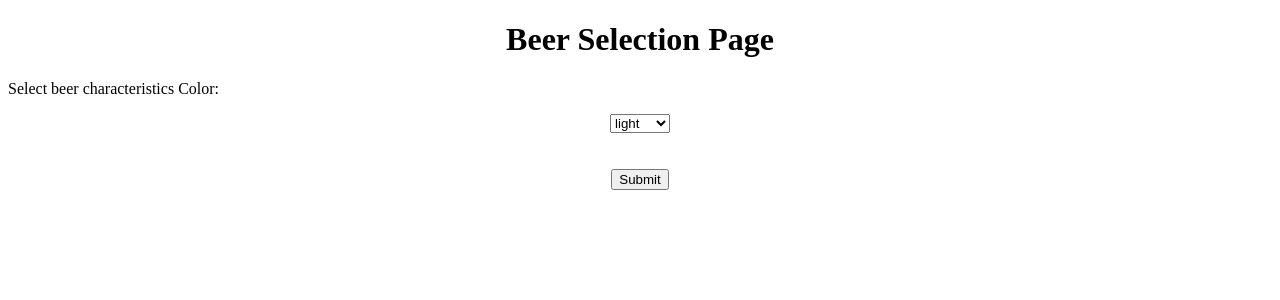
Repository: vedang03/servlet-jsp
Page: http://localhost/10-beer-app/beerSelect.jsp
These files come from the project's save history. The page is drawn as it stood at one moment and after the next save; the edit follows.
The browser window is 1280 px wide. The pictures show the whole page.
The page is served by Tomcat 9.

Above is the page before, as saved 2023-10-14 15:34:14.

After the next save:
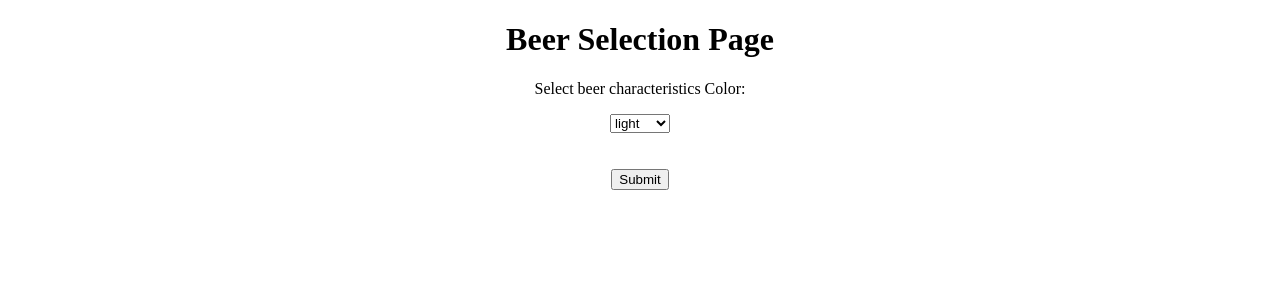
Saved 25 s later.
--- a/10-beer-app/WebContent/beerSelect.jsp
+++ b/10-beer-app/WebContent/beerSelect.jsp
@@ -9,7 +9,7 @@
 <body>
 <h1 align="center">Beer Selection Page</h1>
 <form method="POST" action="SelectBeer.do">
-<p>Select beer characteristics
+<p align="center" >Select beer characteristics
 Color:
 </p>
 <center>
